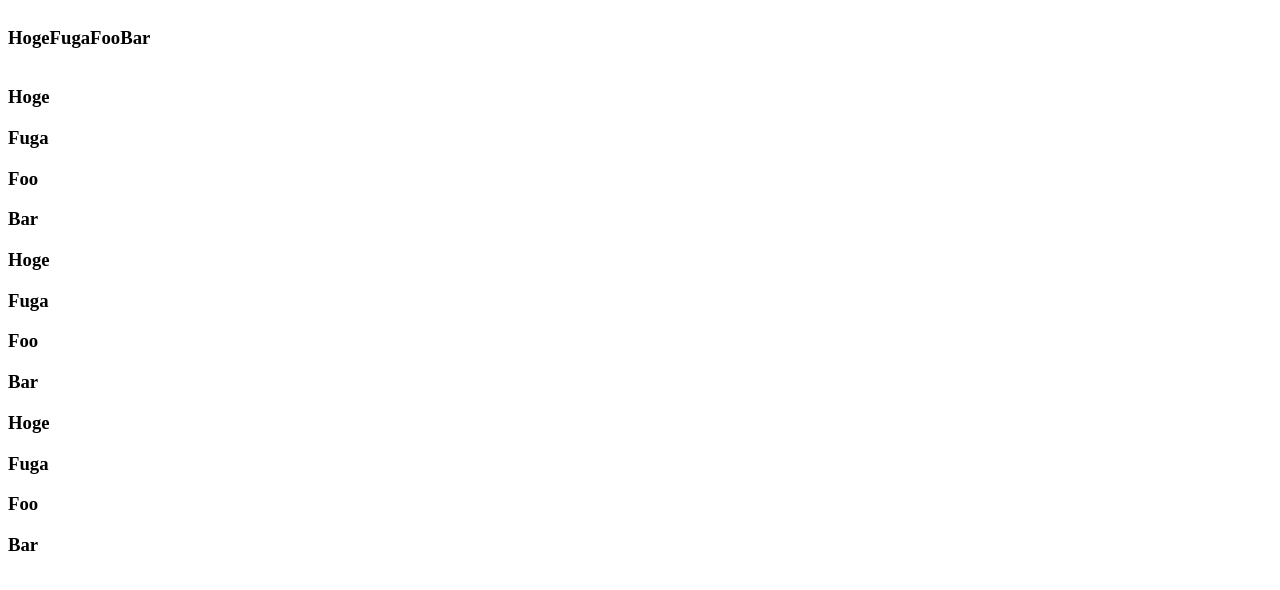
Repository: Ryota-Nonaka/samurai_HTML-CSS
Page: fuga/images/flex-box.1.html
The author's editor kept a record of every edit. The page is drawn from the files as they stood at one moment, then again after the next edit.
The browser window is 1280 px wide. The pictures show the whole page.

Above is the page before.

After the next edit:
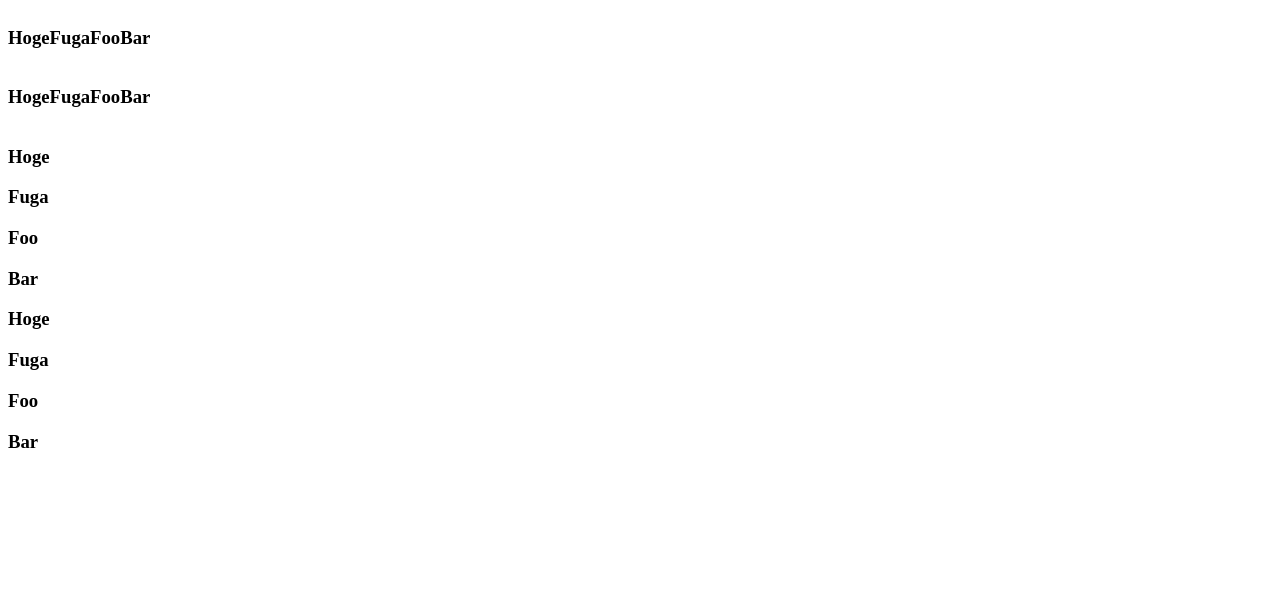
The edit:
--- a/fuga/images/flex-box.1.html
+++ b/fuga/images/flex-box.1.html
@@ -26,7 +26,7 @@
         <h3>Bar</h3>
     </div>
 
-    <div id="reverse">
+    <div id="wrap">
         <h3>Hoge</h3>
         <h3>Fuga</h3>
         <h3>Foo</h3>
